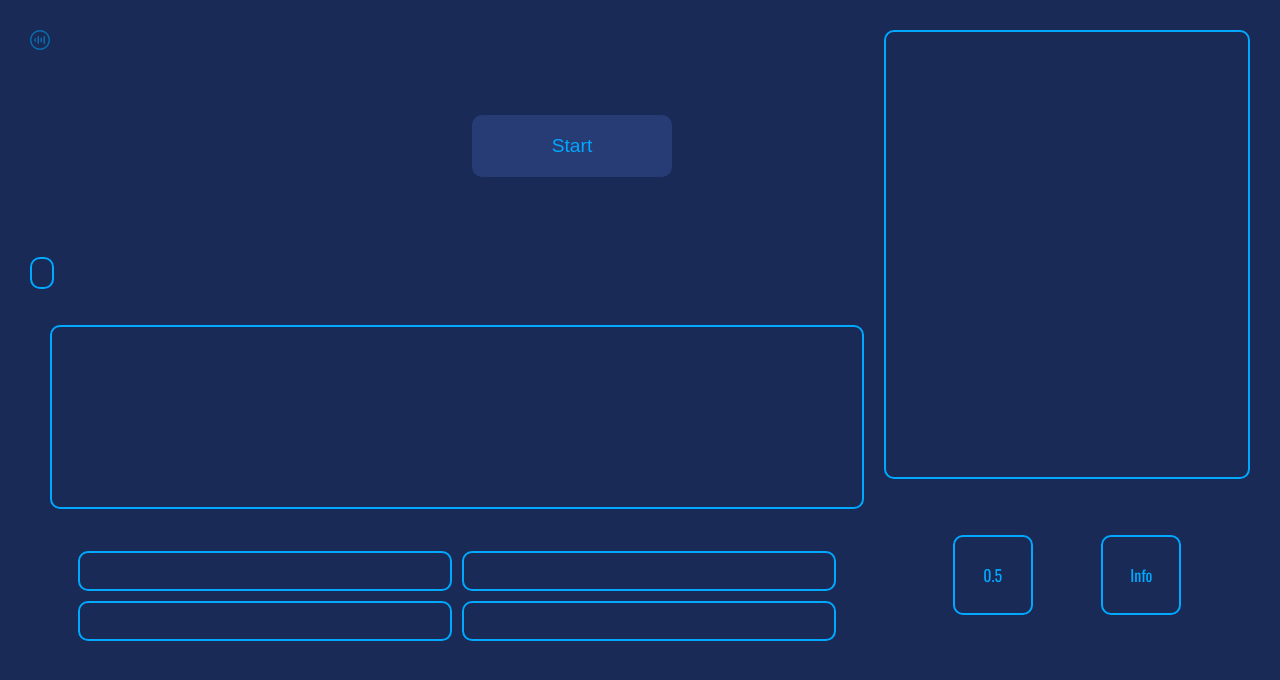
Repository: abdelrahmanahmed20021/Quiz-Platform
Page: index.html
These files come from the project's save history. The page is drawn as it stood at one moment and after the next save; the edit follows.
The browser window is 1280 px wide. The pictures show the whole page.

Above is the page before, as saved 2023-01-11 17:53:06.
Console error: TypeError: Cannot read properties of null (reading 'addEventListener')

### index.html
<!DOCTYPE html>
<html lang="en">

    <head>
        <!-- ======== Meta =========== -->
        <meta charset="UTF-8">
        <meta http-equiv="X-UA-Compatible" content="IE=edge">
        <meta name="viewport" content="width=device-width, initial-scale=1.0">
        <title>Question || Platform</title>
        <!-- ======== Links =========== -->
        <link rel="stylesheet" href="./styles/index.css">
        <link rel="stylesheet" href="./styles/responsive.css">
        <!-- ======== Links =========== -->
    </head>

    <body>
        <div id="poper_img" class="hide_poper">
            <img class="src_quesion_img" src="" alt="">
            <span class="poper_deleter">X</span>
        </div>
        <section>
            <div class="audio_cotroll">
                <audio src="./assets/1.mp3" class="audio" loop></audio>
                <img src="./assets/play.svg" alt="">
                <img src="./assets/stop.svg" class="active" alt="">
            </div>
            <div class="container_1">
                <div class="start_btn flex">
                    <button class="description hidde_animate_btn">See Explanation</button>
                    <button id="start_quest" class="hover">Start</button>
                </div>
                <span class="quest_index border"></span>
                <div class="quest_content">
                    <div class="quset_cont flex border"></div>
                    <div class="box flex">
                        <div class="answers flex">
                            <span class="answer border hover" answer='a'></span>
                            <span class="answer border hover" answer='b'></span>
                            <span class="answer border hover" answer='c'></span>
                            <span class="answer border hover" answer='d'></span>
                        </div>
                    </div>
                </div>
            </div>

            <div class="container_2">
                <div class="quest_index_num border flex"></div>
                <div class="icons_helper flex">
                    <div class="remove_2 border flex hover">0.5</div>
                    <div class="google border poper_appender hover flex">Info</div>
                </div>
            </div>
        </section>
        <script type="module" src="./script/index.js"></script>
    </body>

</html>

### styles/index.css
/* ========= Import || Font ||  ========= */
@import url('https://fonts.googleapis.com/css2?family=Oswald:wght@200;300;400;500;600;700&display=swap');
/* ========= Import || Font ||  ========= */




/* ========= Set || Variables ||  ========= */
:root {
    --mainColor: #192a56;
    --primaryColor: #273c75;
    --lightColor: #00a8ff;
    --greenColor: #e1b12c;
    --redColor: #487eb0;
    --mainFont: 'Oswald', sans-serif;
    --mainPadding: 40px;
    --primaryPadding: 20px;
    --mainFontSize: 1.2rem;
    --primaryFontSize: .72rem;
    --mainFontWigth: 500;
    --primaryFontWigth: 700;
}

/* ========= Set || Variables ||  ========= */




/* ========= Golbal || Styles ||  ========= */
*>*,
*::after,
*::before {
    padding: 0;
    margin: 0;
    box-sizing: border-box;
    transition: all .5s ease-in-out;
    user-select: none;
    user-zoom: none;
    -webkit-user-drag: none;
}

body {
    background-color: var(--mainColor);
    font-family: var(--mainFont);
}

.flex {
    display: flex;
    align-items: center;
    justify-content: center;
}

.box {
    height: 50%;
}

.border {
    border: 2px solid var(--lightColor);
    border-radius: 10px;
}

.hover:hover {
    background-color: var(--lightColor) !important;
    color: var(--primaryColor) !important;
}

.hover_min_width:active {
    background-color: var(--lightColor) !important;
    color: var(--primaryColor) !important;
}

::-webkit-scrollbar {
    width: 5px;
}

::-webkit-scrollbar-thumb {
    background-color: var(--greenColor);
    border-radius: 10px;
}

/* ========= Golbal || Styles ||  ========= */



/* ========= Main || ElE || Styles ||  ========= */
body>section {
    display: flex;
    height: 100vh;
    padding: 30px;
}

body>section .container_1 {
    width: 70%;
    height: 100%;
}

body>section .container_2 {
    width: 30%;
    height: 100%;
    overflow: hidden;
}

body>section .container_1 .start_btn {
    height: 35%;
    gap: 30px;
}

/* ========= Main || ElE || Styles ||  ========= */

/* ========= Audio || Styles ||  ========= */

body>section>.audio_cotroll {
    position: relative;
}

body>section>.audio_cotroll img {
    top: 0;
    left: 0;
    cursor: pointer;
    position: absolute;
    width: 0;
    height: 0;
    opacity: 0;
}

body>section>.audio_cotroll .active {
    opacity: 1;
    z-index: 100;
    width: auto;
    height: auto;
}

/* ========= Audio || Styles ||  ========= */


/* ========= Container || One || Styles ||  ========= */
body>section .container_1 .start_btn button {
    padding: var(--primaryPadding);
    width: 200px;
    border: 0;
    outline: 0;
    border-radius: 10px;
    font-size: var(--mainFontSize);
    background-color: var(--primaryColor);
    color: var(--lightColor);
    cursor: pointer;
    font-weight: var(--mainFontWigth);
}
body>section .container_1 .start_btn button:hover{
    background-color: var(--lightColor);
    color: var(--mainColor);
}
body>section .container_1 .quest_content {
    height: 65%;
    padding: var(--mainPadding) var(--primaryPadding);
}

body>section .container_1 .quest_content .quset_cont {
    position: relative;
    height: 50%;
    font-size: var(--mainFontSize);
    color: var(--lightColor);
    background-color: transparent;
    padding: 90px;
}
body > #poper_img{
    background-color: #466bdb46;
    backdrop-filter: blur(10px);
    position: fixed;
    top: 0;
    bottom: 0;
    left: 0;
    right: 0;
    z-index: 1000;
    display: flex;
    justify-content: center;
    align-items: center;
}

@media screen and (max-width:675px){
    body > #poper_img img{
        width: 85%;
    }
}

@media screen and (min-width:676px) and (max-width:976px){
    body > #poper_img img{
        width: 90%;
    }
}
body > #poper_img span{
    position: absolute;
    top: 20px;
    left: 20px;
    font-size: 2rem;
    cursor: pointer;
    font-weight: bold;
    font-family: sans-serif;
    color: #e1b12c;
}
body>section .container_1 .quest_index {
    padding: 2px 10px;
    font-size: 16px;
    color: var(--lightColor);
}

body>section .container_1 .quest_content .answers {
    width: 100%;
    justify-content: center;
    flex-wrap: wrap;
}

body>section .container_1 .quest_content .answers span {
    width: 46%;
    margin: 5px;
    min-height: 40px;
    text-align: center;
    padding: 5px 0;
    cursor: pointer;
    color: var(--lightColor);
}


/* ========= Container || One || Styles ||  ========= */




/* ========= Container || Two || Styles ||  ========= */
body>section .container_2 .quest_index_num {
    justify-content: space-between;
    flex-direction: column-reverse;
    min-height: 68%;
    max-height: 68%;
    padding-bottom: 400px;
    margin-bottom: 30px;
    overflow: auto;
}


body>section .container_2 .quest_index_num p {
    display: block;
    width: 100%;
    text-align: center;
    color: var(--primaryColor);
}

body>section .container_2 .quest_index_num .correct_answer {
    background-color: transparent !important;
    color: var(--greenColor) !important;
}

body>section .container_2 .quest_index_num .falsey_answer {
    background-color: transparent !important;
    color: var(--primaryColor) !important;
}

body>section .container_2 .icons_helper {
    justify-content: space-evenly;
    height: 20%;
}

body>section .container_2 .icons_helper .remove_2 {
    width: 80px;
    height: 80px;
    cursor: pointer;
    color: var(--lightColor);
}

body>section .container_2 .icons_helper .google {
    cursor: pointer;
    width: 80px;
    height: 80px;
}

/* ========= Container || Two || Styles ||  ========= */

/* ========= Actives || Class || Styles ||  ========= */
.active_point_quest {
    color: var(--lightColor) !important;
    font-weight: var(--primaryFontWigth);
    font-size: var(--mainFontSize);
}

.falsey_answer {
    background-color: var(--redColor) !important;
    color: var(--lightColor) !important;
}
.falsey_answer_p{
    color: red !important;
}
.correct_answer {
    background-color: var(--greenColor) !important;
    color: var(--lightColor) !important;
}

.hidde_animate_btn {
    transform: scale(0);
    width: 0;
}
.poper_appender{
    color: #00a8ff;
}
.hide_poper{
    display: none !important;
}

/* ========= Actives || Class || Styles ||  ========= */

### styles/responsive.css
/* ===========  Tablets || Sizes  =============== */
/* =============== Sm ================ */
@media screen and (min-width:360px) and (max-width:960px) {
    :root {
        --mainPadding: 20px;
        --primaryPadding: 10px;
        --mainFontSize: 1rem;
        --mainFontWigth: 400;
        --primaryFontWigth: 500;
    }

    body>section {
        flex-direction: column;
        padding: 20px 10px;
    }

    body>section .container_1 {
        width: 100%;
        height: 70%;

    }

    body>section .container_1 .start_btn {
        height: 20%;
    }

    body>section .container_2 {
        width: 100%;
        height: 30%;
    }

    body>section .container_2 .quest_index_num {
        min-height: 58%;
        max-height: 58%;
        padding-bottom: 0;
        padding-left: 400px;
    }

    body>section .container_2 .icons_helper {
        justify-content: space-between;
    }

    body>section .container_1 .quest_content .quset_cont {
        padding: 40px;
    }

    body>section .container_1 .quest_content .answers span {
        font-size: var(--primaryFontSize);
        font-weight: var(--primaryFontWigth);
    }

    body>section .container_2 .icons_helper .remove_2 {
        width: 60px;
        height: 60px;
    }

    body>section .container_2 .icons_helper .google {
        width: 60px;
        height: 60px;
    }

}

/* =============== Sm ================ */
/* ===========  Tablets || Sizes  =============== */

### script/index.js
import { data } from './../auth/data.js';
//============= Set || Nodes || ==================>
const audio = document.querySelector('.audio');
const start_quest = document.querySelector('#start_quest');
const quset_cont = document.querySelector('.quset_cont');
const quest_index = document.querySelector('.quest_index');
const answer = document.querySelector('.answers');
const quest_index_num = document.querySelector('.quest_index_num');
const remove_2 = document.querySelector('.remove_2');
const google = document.querySelector('.google');
const answers = document.querySelectorAll('.answer');
const audio_cotroll_img = document.querySelectorAll('.audio_cotroll img');
const description = document.querySelector(".description");
const src_quesion_img = document.querySelector(".src_quesion_img");
const poper_img = document.querySelector("#poper_img");
const poper_img_head = document.querySelector("#poper_img h1");
const poper_deleter = document.querySelector(".poper_deleter");
const black_btn = document.querySelector(".black-btn");
const poper_appender = document.querySelector(".poper_appender");
const black_wolf = document.querySelector(".black-wolf");
const quest_index_answer = document.querySelector(".quest_index_answer");
const sec_screen = document.querySelector(".sec_screen");
const full_screen = document.querySelector(".full_screen");
let start = 0;
let answer_data;
let right_answers = 0;
let unRight_answers = 0;
//============= Set || Nodes || ==================>
//======= Set || classes || =======>
class DrawUi {
    constructor(data, index) {
        this.data = data;
        this.index = index;
        this.state = true;
    }
    //======= Draw || All ||  Content || Ui =======>
    draw() {
        if (this.data != undefined && this.index != undefined) {
            this.stop_Quiz(this.data);
            if (this.state) {
                this.draw_Quest(this.data);
                this.draw_Quest_line(this.data);
            }
        }
        else {
            console.warn('please Enter data src and index of start');
        }
    }
    //======= Draw || All ||  Content || Ui =======>
    //======= Draw || Questions || Answers =======>
    draw_Quest(values) {
        let recust = ['a', 'b', 'c', 'd'];
        quset_cont.innerHTML = `<p>${values[this.index].quest}</p>`;
        src_quesion_img.src = `${values[this.index].img}`;
        if (values[this.index].img != "") {
            poper_img_head.innerText = "";
        }
        else {
            poper_img_head.innerText = "No Image At This Question";
        }
        answers.forEach((ele, index) => {
            ele.innerText = values[this.index][recust[index]];
        });
        quest_index.innerText = `Question : ${this.index + 1}`;
        quest_index_answer.innerText = `SCORE : ${right_answers} / ${values.length}`;
    }
    //======= Draw || Questions || Answers =======>
    //======= Draw || Questions || Lines =======>
    draw_Quest_line(values) {
        const quest_index_num_elements = quest_index_num.children;
        if (quest_index_num_elements.length == 0) {
            values.forEach((ele, index) => {
                quest_index_num.innerHTML += `<p>Q.${index + 1}</p>`;
            });
        }
        Array.from(quest_index_num_elements).forEach(ele => {
            ele.classList.remove('active_point_quest');
        });
        quest_index_num_elements[this.index].classList.add('active_point_quest');
    }
    //======= Draw || Questions || Lines =======>
    //======= Check || Index || Stop "Quiz" =======>
    stop_Quiz(values) {
        if (this.index > values.length - 1) {
            this.state = false;
        }
    }
}
class Checker {
    constructor() {
        this.darwer = new DrawUi(data, start);
        this.quest_index_num = quest_index_num.children;
    }
    //======= Check || All ||  Content || Answers =======>
    main_checker(ele) {
        this.answer_check(this.darwer.data);
        this.line_check(this.darwer.data, ele);
        this.Repeat(this.darwer.data);
    }
    //======= Check || All ||  Content || Answers =======>
    //======= Set|| All ||  Content || Answers =======>
    set_answers(data, state, statement) {
        if (state) {
            answers.forEach(ele => {
                if (ele.getAttribute('answer') != data[this.darwer.index].answer) {
                    ele.classList.add('falsey_answer');
                }
                else {
                    ele.classList.add('correct_answer');
                }
                if (statement) {
                    setTimeout(() => {
                        ele.classList.remove('falsey_answer');
                        ele.classList.remove('correct_answer');
                    }, 1200);
                }
            });
        }
    }
    //======= Set|| All ||  Content || Answers =======>
    //======= Set || All ||  Styles || Answers =======>
    answer_check(data) {
        if (this.darwer.index < data.length && this.darwer.index != data.length - 1) {
            this.set_answers(data, true, true);
        }
        else {
            this.set_answers(data, true, false);
        }
        setTimeout(() => {
            this.darwer.draw();
        }, 1200);
    }
    //======= Set || All ||  Styles || Answers =======>
    //======= Set || All ||  Styles || Answers || Lines =======>
    line_check(data, ele) {
        if (this.darwer.index < data.length) {
            if (ele.getAttribute('answer') == data[this.darwer.index].answer) {
                this.quest_index_num[this.darwer.index].classList.add('correct_answer');
                this.darwer.index++;
                right_answers++;
            }
            else {
                this.quest_index_num[this.darwer.index].classList.add('falsey_answer_p');
                this.darwer.index++;
                unRight_answers++;
            }
        }
    }
    //======= Set || All ||  Styles || Answers || Lines =======>
    //======= Reapet_Quiz || =======>
    Repeat(data) {
        if (this.darwer.index == data.length) {
            start_quest.classList.remove('hidde_animate_btn');
            description === null || description === void 0 ? void 0 : description.classList.remove("description_hidde");
            start_quest.innerText = 'Repeat';
            start_quest.addEventListener('click', () => {
                location.reload();
            });
        }
    }
}
class Delet {
    constructor(ele, data, index) {
        this.ele = ele;
        this.data = data;
        this.index = index;
    }
    swper() {
        if (this.ele.innerText == '0.5') {
            this.get_data();
        }
        else {
            window.open('https://google.com/');
        }
    }
    get_data() {
        this.delete(data);
    }
    delete(data) {
        if (quset_cont.innerText != '') {
            let falsey_data = [];
            Array.from(answers).filter((ele, index) => {
                if (ele.getAttribute('answer') != data[this.index].answer) {
                    falsey_data.push(index);
                }
            });
            answers[falsey_data[0]].innerText = '';
            answers[falsey_data[1]].innerText = '';
        }
    }
}
//======= Set || classes || =======>
//======= Start || Quiz || App =======>
start_quest.addEventListener('click', start_app);
function start_app(e) {
    if (sec_screen.requestFullscreen) {
        sec_screen.requestFullscreen();
        full_screen.innerText = "Close the full page Mode";
    }
    //======= Audio || Controls =======>
    audio.play();
    audio_cotroll_img[1].classList.remove('active');
    audio_cotroll_img[0].classList.add('active');
    //======= Audio || Controls =======>
    //======= Draw || Ui || Class =======>
    const play = new DrawUi(data, start);
    play.draw();
    //======= Draw || Ui || Class =======>
    //======= Checker || In || Chossen =======>
    const chek = new Checker();
    answers.forEach(ele => {
        ele.addEventListener('click', (e) => {
            chek.main_checker(e.target);
            quest_index_num.scrollTop = -45 * (unRight_answers + right_answers);
        });
    });
    //======= Checker || In || Chossen =======>
    //======= Delet || Button || And Event =======>
    e.target.classList.add("hidde_animate_btn");
    e.target.removeEventListener('click', start_app);
    //======= Delet || Button || And Event =======>
    //======= Remove || Two || Answers =======>
    remove_2.addEventListener("click", (e) => {
        const deleter = new Delet(e.target, chek.darwer.data, chek.darwer.index);
        deleter.swper();
    });
    //======= Remove || Two || Answers =======>
    //===== Simple || Animate ========>
    quest_index_num.style.padding = '0';
}
//======= Start || Quiz || App =======>
//======= Audio || Controller || App =======>
audio_cotroll_img.forEach(ele => {
    ele.addEventListener('click', () => {
        if (audio.paused) {
            audio_cotroll_img[1].classList.remove('active');
            audio_cotroll_img[0].classList.add('active');
            audio.play();
        }
        else if (!audio.paused) {
            audio_cotroll_img[1].classList.add('active');
            audio_cotroll_img[0].classList.remove('active');
            audio.pause();
        }
    });
});
//======= Audio || Controller || App =======>
//========= Handel  || Hover  || Effect  || in  || Small  || Deveices ||  ============>
window.addEventListener('resize', () => {
    if (window.innerWidth < 961) {
        const hover = document.querySelectorAll('.hover');
        hover.forEach(ele => {
            ele.classList.add('hover_2');
            ele.classList.remove('hover');
        });
        console.warn('resized to small delet hover');
    }
    else {
        const hover_2 = document.querySelectorAll('.hover_2');
        hover_2.forEach(ele => {
            ele.classList.add('hover');
            ele.classList.remove('hover_2');
        });
        console.warn('resized to Big add hover');
    }
});
//========= Handel  || Hover  || Effect  || in  || Small  || Deveices ||  ============>
poper_deleter === null || poper_deleter === void 0 ? void 0 : poper_deleter.addEventListener("click", () => {
    poper_img.classList.add("hide_poper");
    if (sec_screen.requestFullscreen) {
        sec_screen.requestFullscreen();
    }
});
poper_appender === null || poper_appender === void 0 ? void 0 : poper_appender.addEventListener("click", () => {
    poper_img.classList.remove("hide_poper");
    // if(document.exitFullscreen) {
    //     document.exitFullscreen();
    //   }
});
description === null || description === void 0 ? void 0 : description.addEventListener("click", () => {
    window.location.href = "info.html";
});
black_btn.addEventListener("click", () => {
    black_wolf.style.display = "none";
});
full_screen.addEventListener("click", () => {
    if (full_screen.innerText == "Close the full page Mode") {
        if (document.exitFullscreen) {
            document.exitFullscreen();
            full_screen.innerText = "Active the full page Mode";
        }
    }
    else {
        if (sec_screen.requestFullscreen) {
            sec_screen.requestFullscreen();
            full_screen.innerText = "Close the full page Mode";
        }
    }
});

Loaded but not shown: auth/data.js (318 lines, source omitted)

After the next save:
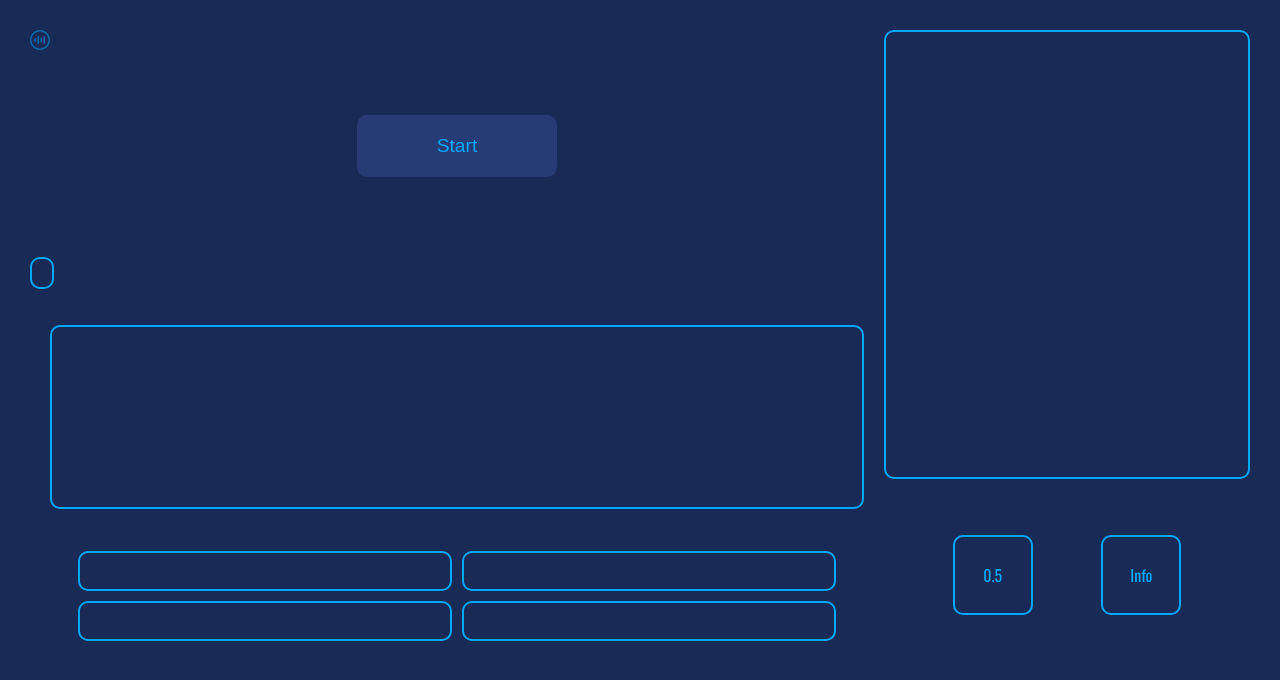
Saved 97 s later.
--- a/styles/index.css
+++ b/styles/index.css
@@ -304,5 +304,7 @@
 .hide_poper{
     display: none !important;
 }
-
+.description{
+    display: none;
+}
 /* ========= Actives || Class || Styles ||  ========= */

After the save that followed:
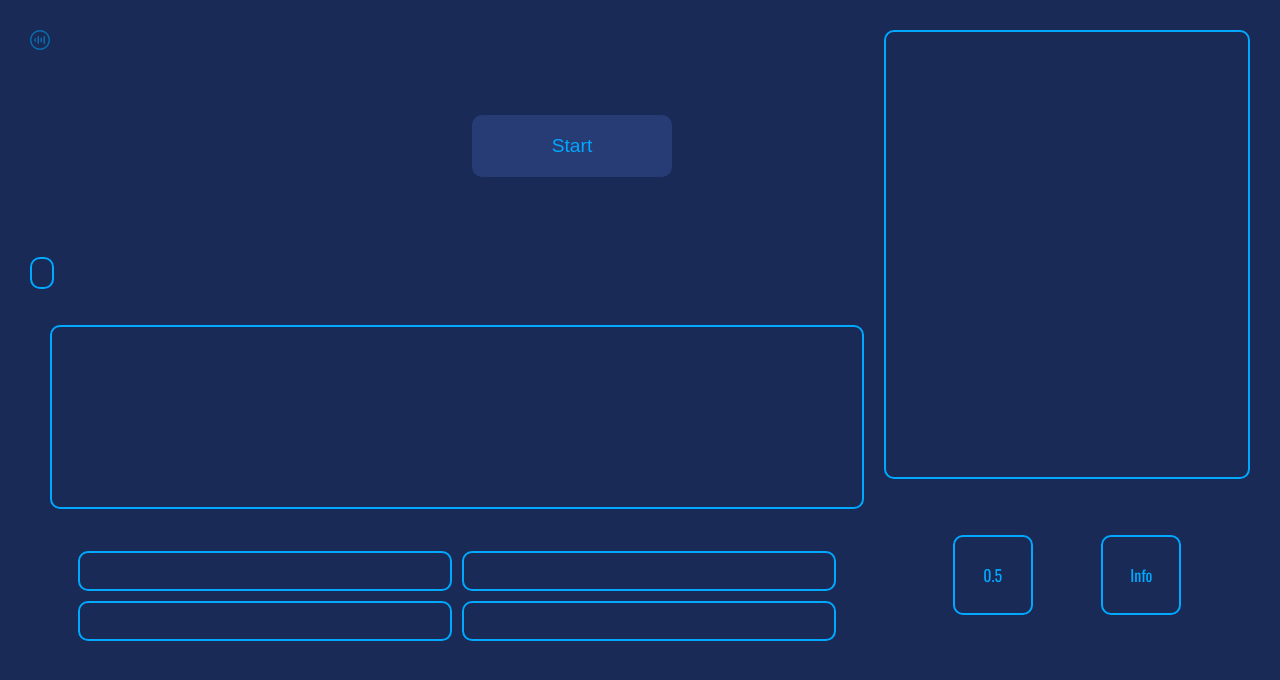
Saved 89 s later.
--- a/styles/index.css
+++ b/styles/index.css
@@ -304,7 +304,7 @@
 .hide_poper{
     display: none !important;
 }
-.description{
+.description_hidde{
     display: none;
 }
 /* ========= Actives || Class || Styles ||  ========= */
